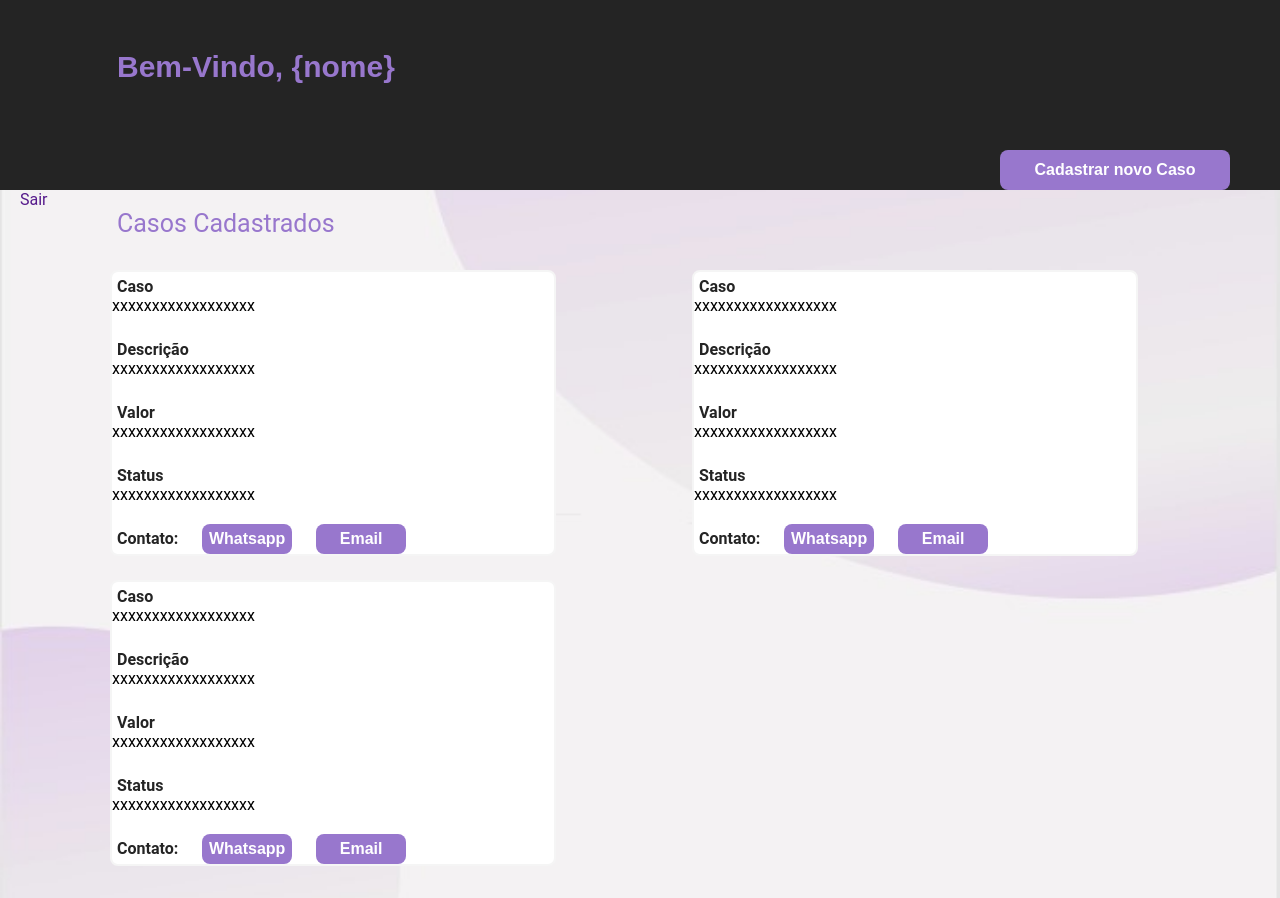
Repository: Dirlandia404/Casos
Page: src/pages/listaCasos.html
The author's editor kept a copy of each file at every save. The page is drawn from the files as they stood at one save, then again after the next save.
The browser window is 1280 px wide. The pictures show the whole page.

Above is the page before, as saved 2021-07-16 22:39:55.

### src/pages/listaCasos.html
<!DOCTYPE html>
<html lang="en">
<head>
    <meta charset="UTF-8">
    <meta http-equiv="X-UA-Compatible" content="IE=edge">
    <meta name="viewport" content="width=device-width, initial-scale=1.0">
    <title>Casos Cadastrados</title>

    <link rel="stylesheet" href="/src/style/listaCasos.css">
    <link rel="stylesheet" href="/src/style/midia.css">
</head>
<body>
    <header>
        <h6>Bem-Vindo, {nome}</h6>

        <a href="/src/pages/casosConcluidos.html">
            <button>Cadastrar novo Caso</button>
        </a>

    </header>
    <a href="">Sair</a>
    <p>Casos Cadastrados</p>


       <div id="box-casos">
           <ul>
               <li>
                   <div class="dados">
                       <strong>Caso </strong>
                       <h7>xxxxxxxxxxxxxxxxxx</h7>
                       <strong>Descrição</strong>
                       <h7>xxxxxxxxxxxxxxxxxx</h7>
                       <strong>Valor</strong>
                       <h7>xxxxxxxxxxxxxxxxxx</h7>
                       <strong>Status</strong>
                       <h7>xxxxxxxxxxxxxxxxxx</h7>
                       <div id="fieldset">
                           <strong>Contato:</strong>
                           <button>Whatsapp</button>
                           <button>Email</button>
                       </div>

                   </div>

               </li>

               <li>
                <div class="dados">
                    <strong>Caso </strong>
                    <h7>xxxxxxxxxxxxxxxxxx</h7>
                    <strong>Descrição</strong>
                    <h7>xxxxxxxxxxxxxxxxxx</h7>
                    <strong>Valor</strong>
                    <h7>xxxxxxxxxxxxxxxxxx</h7>
                    <strong>Status</strong>
                    <h7>xxxxxxxxxxxxxxxxxx</h7>
                    <div id="fieldset">
                        <strong>Contato:</strong>
                        <button>Whatsapp</button>
                        <button>Email</button>
                    </div>

                </div>

            </li>
            <li>
                <div class="dados">
                    <strong>Caso </strong>
                    <h7>xxxxxxxxxxxxxxxxxx</h7>
                    <strong>Descrição</strong>
                    <h7>xxxxxxxxxxxxxxxxxx</h7>
                    <strong>Valor</strong>
                    <h7>xxxxxxxxxxxxxxxxxx</h7>
                    <strong>Status</strong>
                    <h7>xxxxxxxxxxxxxxxxxx</h7>
                    <div id="fieldset">
                        <strong>Contato:</strong>
                        <button>Whatsapp</button>
                        <button>Email</button>
                    </div>

                </div>

            </li>

           </ul>

       </div>

</body>
</html>

### src/style/listaCasos.css
header h6{
    margin-top: 50px;
    margin-left: 117px;
    margin-bottom: 20px;
    font-size: 30px;
    color: #9877CD;
}

header{
    display: flex;
    justify-content: space-between;
    background-color: #242424;

}

p{
    margin-left: 117px;
    font-size: 25px;
    color: #9877CD;
}
a{
    margin-left: 20px;
    margin-right: 50px;
    margin-top: 50px;
    font-size: 16px;
}

header a button{
    width: 230px;
    height: 40px;
    background-color: #9877CD;
    border-radius: 8px;
    color: white;
    font-weight: bold;
    font-size: 16px;
    border: 0;
    margin-left: 160px;
    margin-top: 100px;
    transition: 400ms;
}


#box-casos{
    width: 100%;
    padding: 0 30px;
    margin: 32px auto;
}

#box-casos .dados{
    display: flex;
    flex-direction: column;
    width: 70%;
}
#box-casos ul{
    margin-left: 80px;
    display: grid;
    grid-template-columns: 1fr 1fr;
    grid-gap: 24px;
    list-style: none;
}


#box-casos ul li{
    background-color: white;
    border: 2px solid  #f5f5f5;
    border-radius: 8px;
    height: 100%;
    width: 80%;
    font-size: 16px;
}

#box-casos ul li strong{
    margin-top: 5px;
    font-size: 15px;
    margin-left: 5px;
}

#box-casos ul li strong{
    color: #242424;
    font-size: 16px;
    font-style: bold;
}

h7{
    margin-bottom: 20px;
}

.dados{
    display: flex;
    justify-content: space-between;
}

#fieldset button{
    width: 90px;
    height: 30px;
    background-color: #9877CD;
    border-radius: 8px;
    color: white;
    font-weight: bold;
    font-size: 16px;
    border: 0;
    margin-left: 20px;


}

### src/style/midia.css
@media(max-width: 900px){
    #page-home{
        background-position-x: 70vw;
    }
    #page-home .content{
        align-items: center;
        text-align: center;

    }

    #page-home main{
        align-items: center;
    }

}
@media(min-width:1700px){
    #page-home, #page-login{
        background-position-x: 40vw;
    }

}
@media(max-height:760px){
    #page-home, #page-login{
        background-position-y: 200px;
    }
}

*{
    margin: 0;
    padding: 0;
    box-sizing: border-box;
}
html{
    font-family: 'Roboto', sans-serif;

}
body{
    background: #E5E5E5;
    -webkit-font-smoothing: antialiased;
    background-image: url("/public/fundo.jpeg");

    background-repeat: no-repeat;
    background-size:cover;

}

a{
    text-decoration: none;

}
a:hover{
    text-decoration: underline;
}
h1, h2, h3,h4, h5, h6{
    font-family: sans-serif;
}

After the next save:
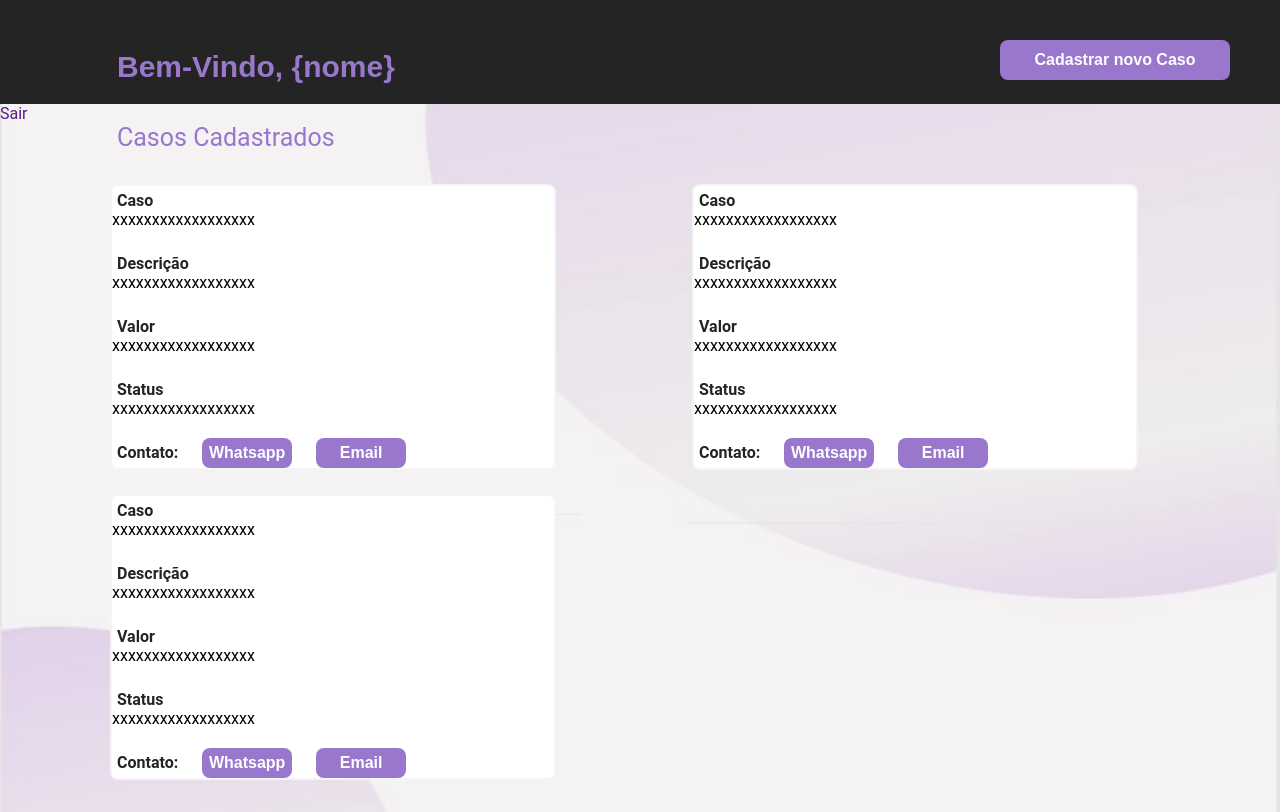
Saved 8 s later.
--- a/src/style/listaCasos.css
+++ b/src/style/listaCasos.css
@@ -18,7 +18,7 @@ p{
     font-size: 25px;
     color: #9877CD;
 }
-a{
+header a{
     margin-left: 20px;
     margin-right: 50px;
     margin-top: 50px;
@@ -35,7 +35,7 @@ header a button{
     font-size: 16px;
     border: 0;
     margin-left: 160px;
-    margin-top: 100px;
+    margin-top: -50px;
     transition: 400ms;
 }
 
